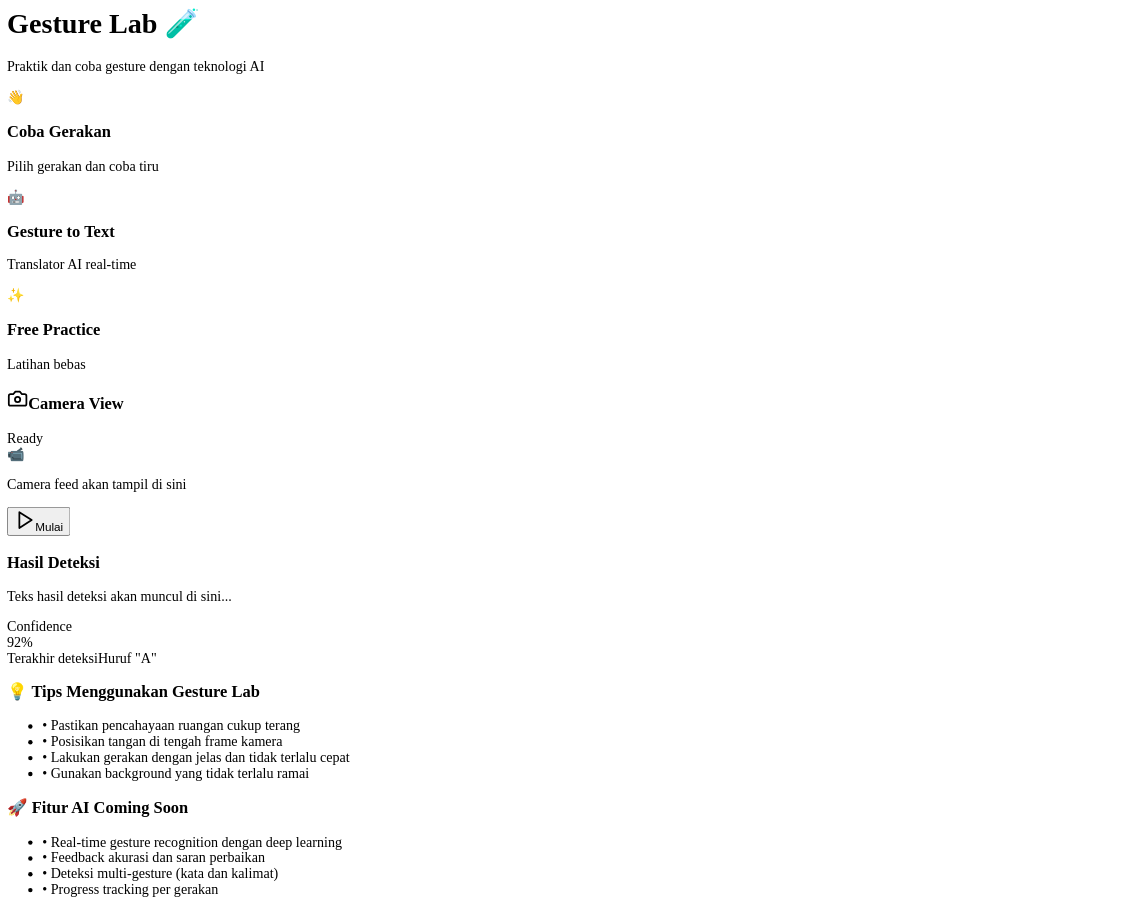
Repository: Tisna7/GESTURA
Page: resources/views/user/gesture-lab-translate.blade.php
These files come from the project's save history. The page is drawn as it stood at one moment and after a run of saves; the edit follows.
The browser window is 1280 px wide. The pictures show the whole page, at 88% of full size.
The page is served by the project's Laravel application, run on PHP 8.4 with Laravel 12. Style sheets and scripts are compiled from the project's sources, by tool versions that may differ from the author's. The template is opened directly, without the code that normally fills it, so the values that code supplies are empty.

Above is the page before, as saved 2025-11-22 16:33:04.

After the next 5 saves:
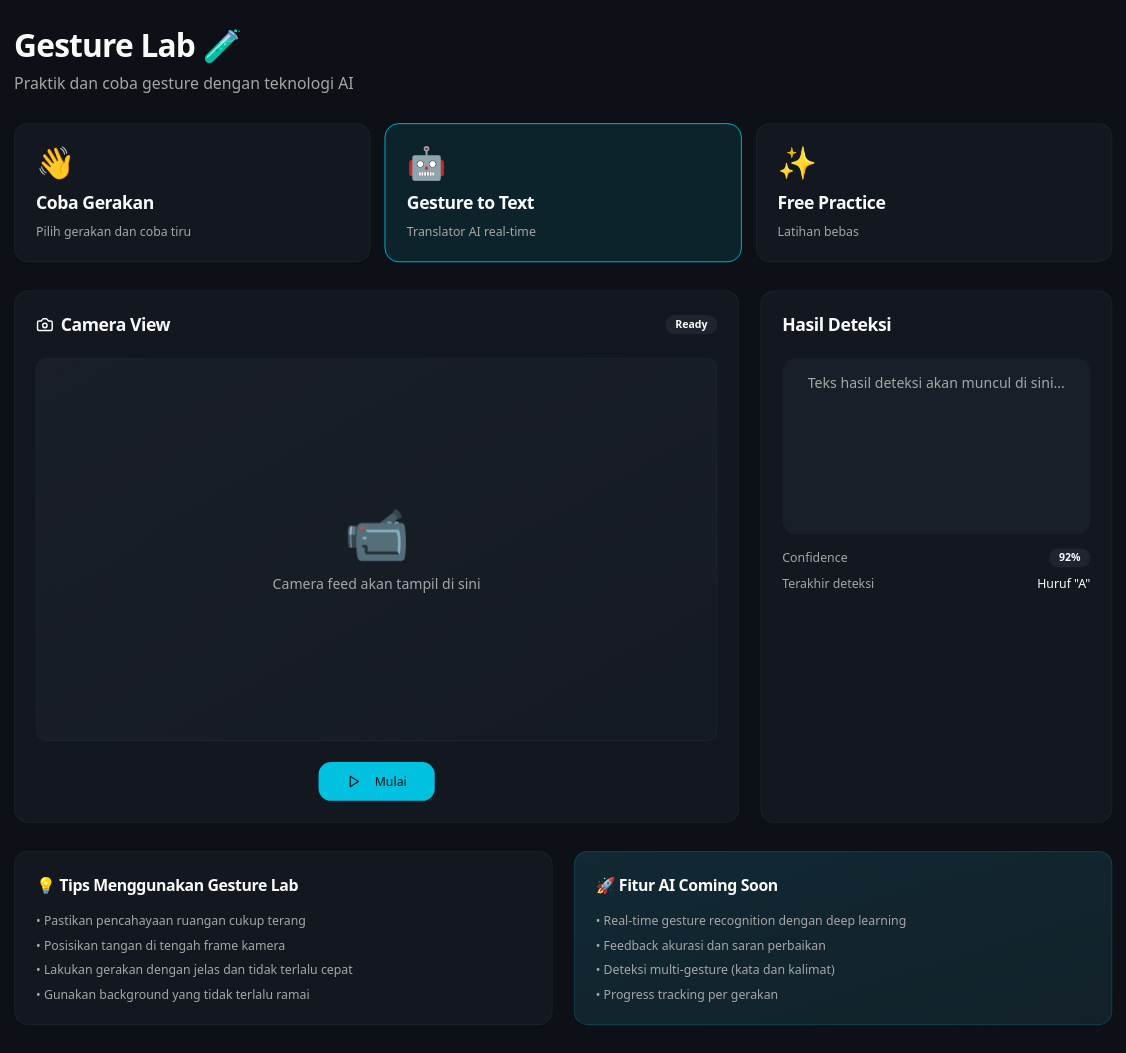
The 5 saves are shown as one change because they came seconds apart.
The last was saved 13 s later.
--- a/resources/views/user/gesture-lab-translate.blade.php
+++ b/resources/views/user/gesture-lab-translate.blade.php
@@ -1,3 +1,7 @@
+@extends('app')
+@section('content')
+
+
 <main class="container mx-auto px-4 py-8">
     <div class="space-y-8">
         <div>
